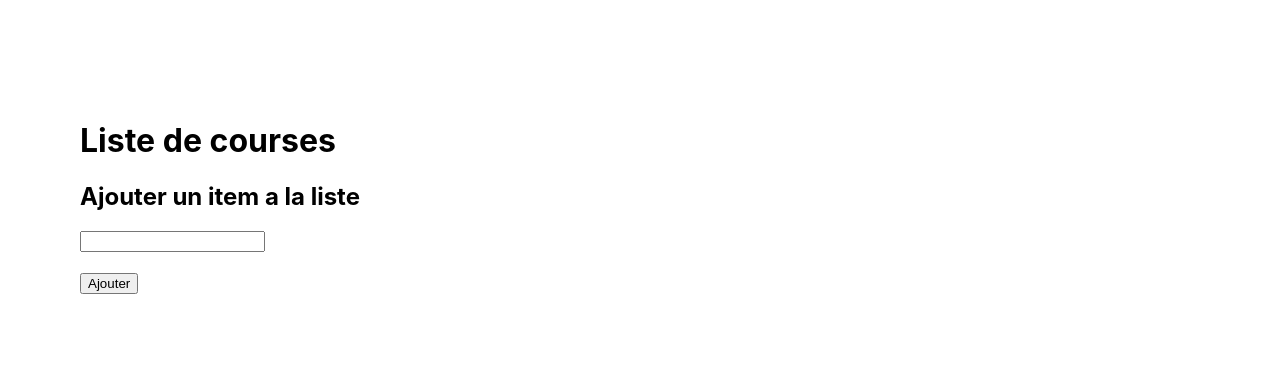
Repository: Retroscilo/partiel-js
Page: /, after clicking the first element matching `button`
An editor plug-in stored every save of this project. The page is shown before and after the next save, followed by the edit.
The browser window is 1280 px wide. The pictures show the whole page.
The project was rebuilt for these pictures with package versions that can differ from the ones it lists, and the page was loaded fresh each time.

Above is the page before, as saved 2022-02-23 09:16:22.

After the next save:
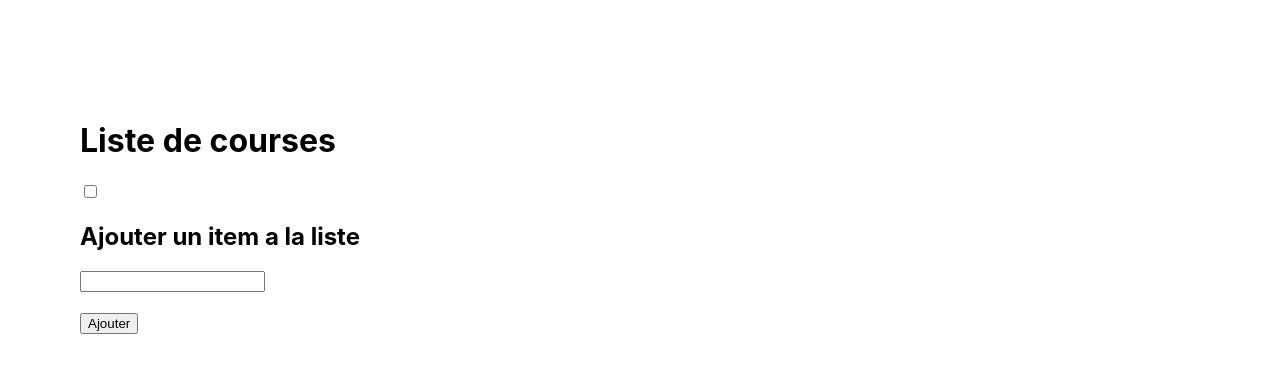
Saved 14 s later.
--- a/src/Item.jsx
+++ b/src/Item.jsx
@@ -3,7 +3,7 @@ import React from "react"
 const Item = ({ item }) => {
   console.log(item)
   return (
-    <div>{item}</div>
+    <div> <input type="checkbox" />{item}</div>
   )
 }
 
